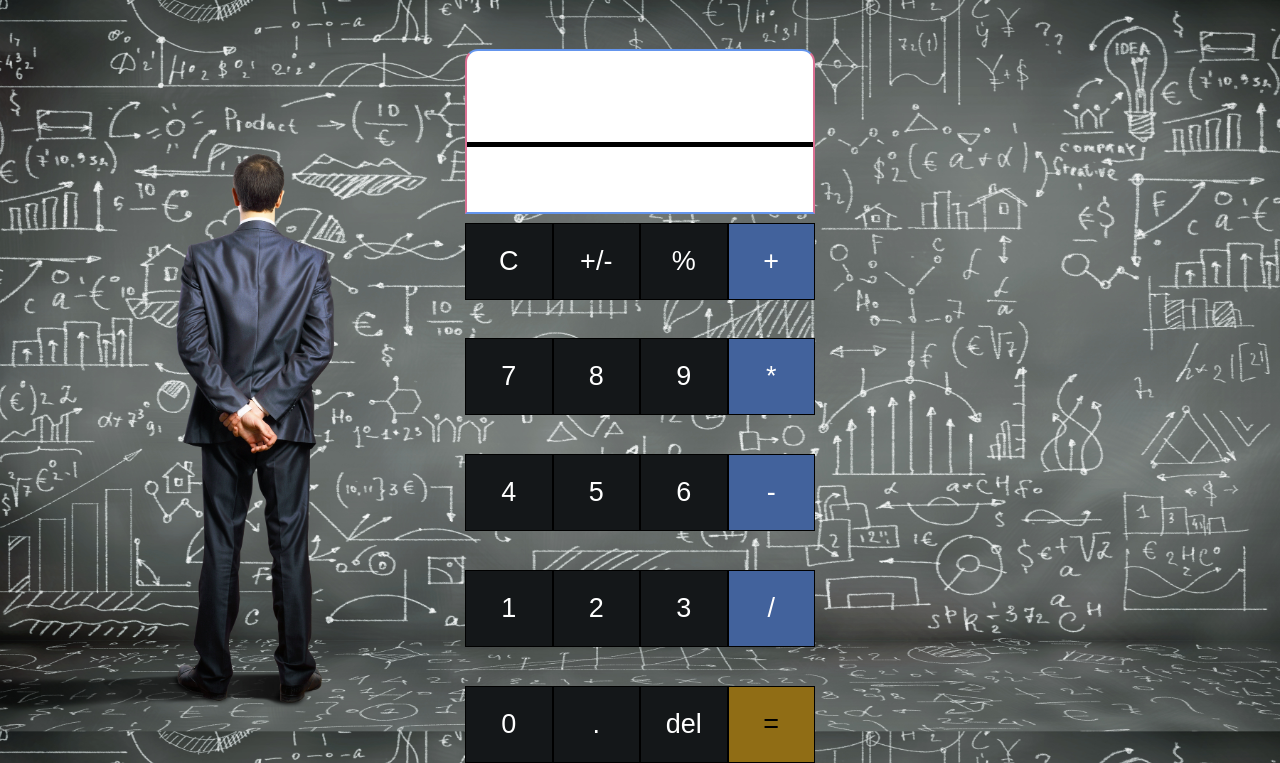
Repository: OfirLana/Calculator
Page: index.html
The author's editor kept a copy of each file at every save. The page is drawn from the files as they stood at one save, then again after a run of saves.
The browser window is 1280 px wide. The pictures show the whole page.
Pictures or frames that could not be fetched are drawn as grey boxes.

Above is the page before, as saved 2019-03-19 21:28:15.

After the next 2 saves:
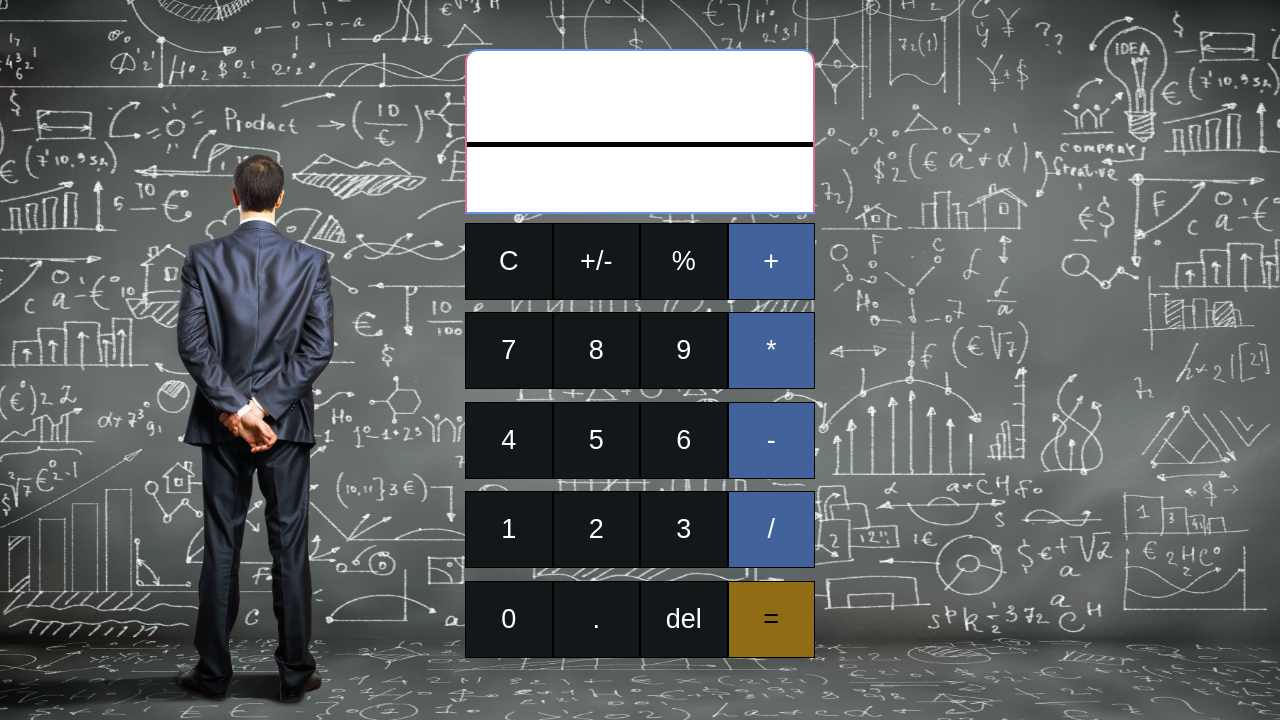
The 2 saves are shown as one change because they came seconds apart.
The last was saved 6 s later.
--- a/style.css
+++ b/style.css
@@ -107,7 +107,7 @@ body {
             }
             85% {
 
-                margin-bottom: 40px;
+                margin-bottom: 5px;
             }
         }
 
